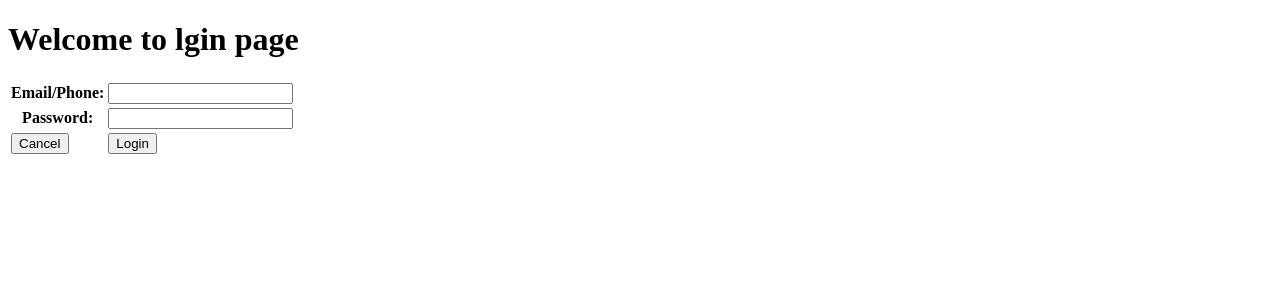
Repository: Chaitra-KT/test
Page: http://localhost/mvc_validation/Login.jsp
These files come from the project's save history. The page is drawn as it stood at one moment and after the next save; the edit follows.
The browser window is 1280 px wide. The pictures show the whole page.
The page is served by Tomcat 9.

Above is the page before, as saved 2023-02-11 12:38:33.

After the next save:
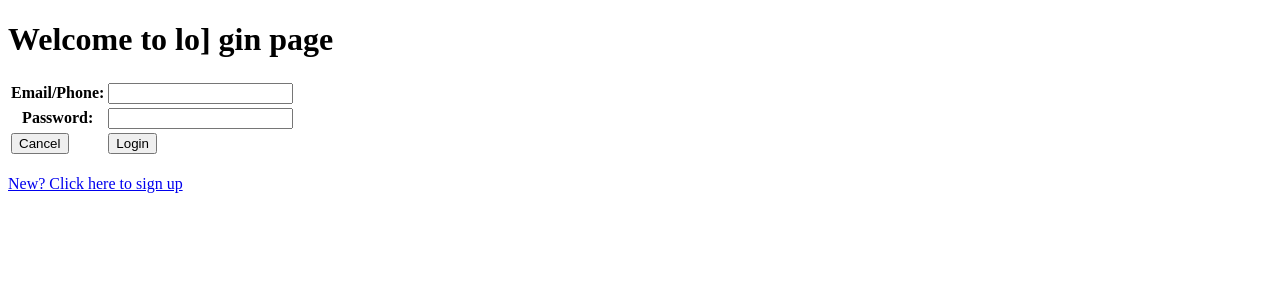
Saved 27 s later.
--- a/mvc_validation/src/main/webapp/Login.jsp
+++ b/mvc_validation/src/main/webapp/Login.jsp
@@ -7,7 +7,7 @@
 <title>Insert title here</title>
 </head>
 <body>
-<h1>Welcome to lgin page</h1>
+<h1>Welcome to lo]	gin page</h1>
 <form action="">
 <table>
 <tr>
@@ -26,5 +26,7 @@
 </tr>
 </table>
 </form>
+<br>
+<a href="load">New? Click here to sign up</a>
 </body>
 </html>
